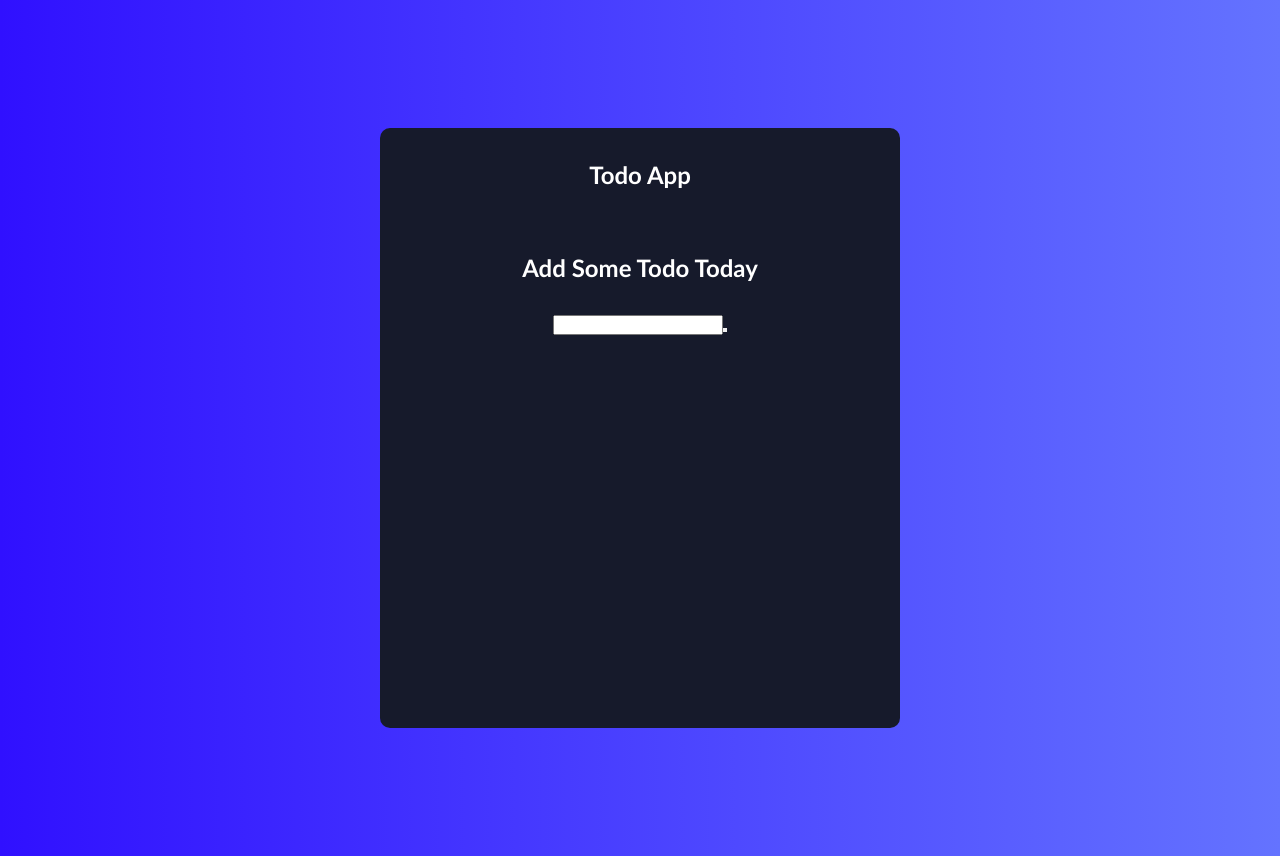
Repository: qqharry21/react-todo-app-v1
Page: /
These files come from the project's save history. The page is drawn as it stood at one moment and after a run of saves; the edit follows.
The browser window is 1280 px wide. The pictures show the whole page.
The project was rebuilt for these pictures with package versions that can differ from the ones it lists, and the page was loaded fresh each time. Also part of the build but not shown: src/components/TodoForm.js, src/components/Todo.js, src/components/TodoList.js.

Above is the page before, as saved 2021-12-25 17:17:39.

### src/index.js
/** @format */

import React from 'react';
import ReactDOM from 'react-dom';

import App from './App';

ReactDOM.render(
  <React.StrictMode>
    <App />
  </React.StrictMode>,
  document.getElementById('root')
);

### src/App.js
/** @format */

import './App.css';
import TodoList from './components/TodoList';

import TodoForm from './components_test/TodoForm';

function App() {
  return (
    <div className='todo-app'>
      <h1>Todo App</h1>
      <TodoForm />
      {/* <TodoList /> */}
    </div>
  );
}

export default App;

### src/App.css
/** @format */

* {
  box-sizing: border-box;
  margin: 0;
  padding: 0;
  font-family: 'Trebuchet MS', 'Lucida Sans Unicode', 'Lucida Grande', 'Lucida Sans', Arial,
    sans-serif;
}

body {
  background: linear-gradient(90deg, rgba(48, 16, 255, 1) 0%, rgba(100, 115, 255, 1) 100%);
}
.todo-app {
  display: flex;
  flex-direction: column;
  justify-content: start;
  width: 520px;
  min-height: 600px;
  background: #161a2b;
  text-align: center;
  margin: 128px auto;
  border-radius: 10px;
  padding-bottom: 32px;
}

h1 {
  margin: 32px 0;
  color: #fff;
  font-size: 24px;
}

.complete {
  text-decoration: line-through;
  opacity: 0.4;
}

.todo-form {
  margin-bottom: 32px;
}

.todo-input {
  padding: 14px 32px 14px 16px;
  border-radius: 4px 0 0 4px;
  border: 2px solid #5d0cff;
  outline: none;
  width: 320px;
  background: transparent;
  color: #fff;
}

.todo-input::placeholder {
  color: #e2e2e2;
}

.todo-button {
  padding: 16px;
  border: none;
  border-radius: 0 4px 4px 0;
  cursor: pointer;
  outline: none;
  background: linear-gradient(90deg, rgba(93, 12, 255, 1) 0%, rgba(155, 0, 250, 1) 100%);
  color: #fff;
  text-transform: capitalize;
}

.todo-input.edit {
  border: 2px solid #149fff;
}

.todo-button.edit {
  background: linear-gradient(90deg, rgba(20, 159, 255, 1) 0%, rgba(17, 122, 255, 1) 100%);
  padding: 16px 22px;
}

.todo-container {
  display: flex;
  flex-direction: row;
  position: relative;
}

.todo-row {
  display: flex;
  justify-content: space-between;
  align-items: center;
  margin: 4px auto;
  color: #fff;
  background: linear-gradient(90deg, rgba(255, 118, 20, 1) 0%, rgba(255, 84, 17, 1) 100%);

  padding: 16px;
  border-radius: 5px;
  width: 90%;
}

.todo-row:nth-child(4n + 1) {
  background: linear-gradient(90deg, rgba(93, 12, 255, 1) 0%, rgba(155, 0, 250, 1) 100%);
}

.todo-row:nth-child(4n + 2) {
  background: linear-gradient(90deg, rgba(255, 12, 241, 1) 0%, rgba(250, 0, 135, 1) 100%);
}

.todo-row:nth-child(4n + 3) {
  background: linear-gradient(90deg, rgba(20, 159, 255, 1) 0%, rgba(17, 122, 255, 1) 100%);
}

.icons {
  display: flex;
  align-items: center;
  font-size: 24px;
  cursor: pointer;
}

.delete-icon {
  margin-right: 5px;
  color: #fff;
}

.edit-icon {
  color: #fff;
}

### src/components_test/TodoForm.js
/** @format */

import React from 'react';

function TodoForm() {
  return (
    <form action='' className='todo-form'>
      <h1>Add Some Todo Today</h1>
      <input type='text' name='text' id='todo-input' />
      <button id='input-button'></button>
    </form>
  );
}

export default TodoForm;

Loaded but not shown: public/index.html (common file)

After the next 3 saves:
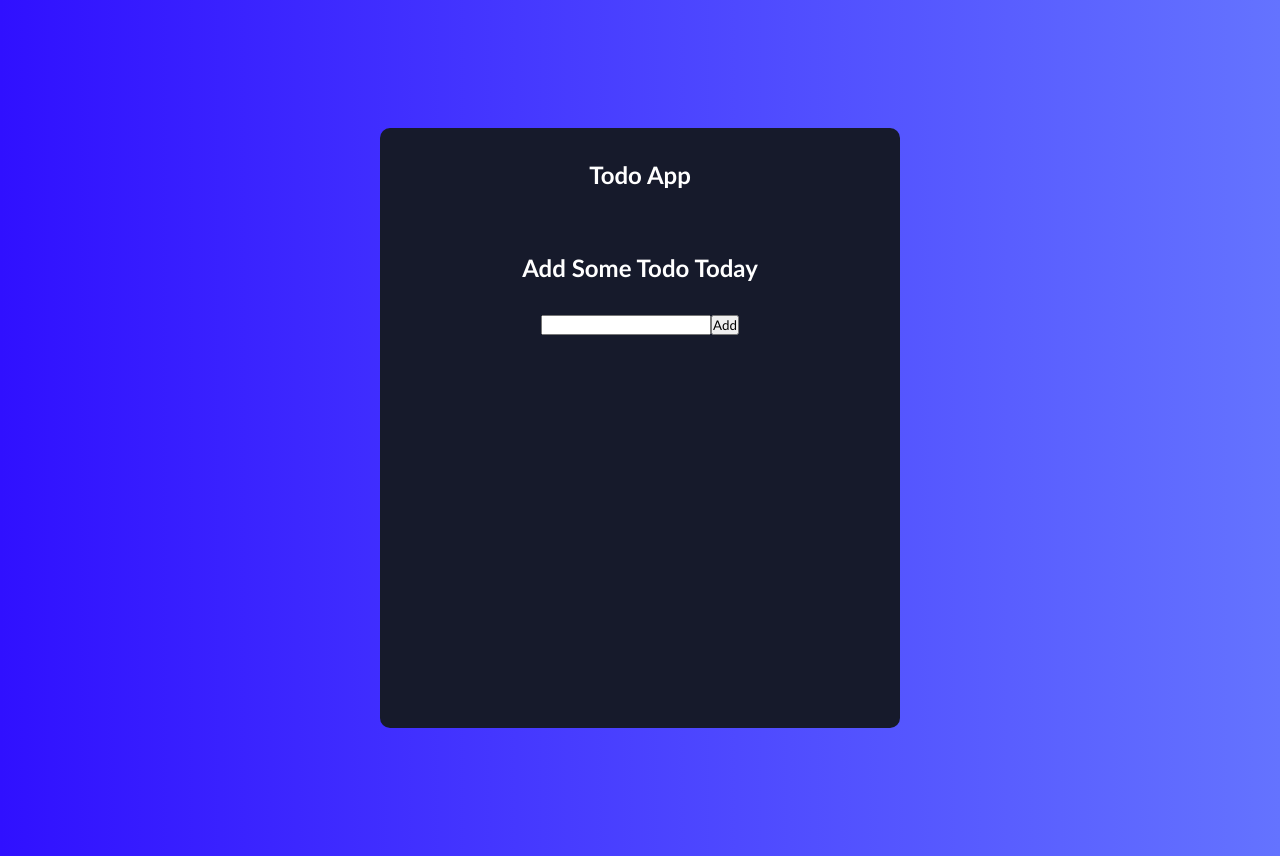
The 3 saves are shown as one change because 2 did not build or start.
The last was saved 3 min 50 s later.
--- a/src/components_test/TodoForm.js
+++ b/src/components_test/TodoForm.js
@@ -1,13 +1,19 @@
 /** @format */
 
-import React from 'react';
+import React, { useState } from 'react';
 
 function TodoForm() {
+  const [input, setInput] = useState('');
+  const handleSubmit = e => {
+    e.preventDefault();
+    console.log(input);
+    setInput('');
+  };
   return (
-    <form action='' className='todo-form'>
+    <form action='' className='todo-form' onSubmit={handleSubmit}>
       <h1>Add Some Todo Today</h1>
-      <input type='text' name='text' id='todo-input' />
-      <button id='input-button'></button>
+      <input type='text' name='text' id='todo-input' value={input} />
+      <button id='input-button'>Add</button>
     </form>
   );
 }
